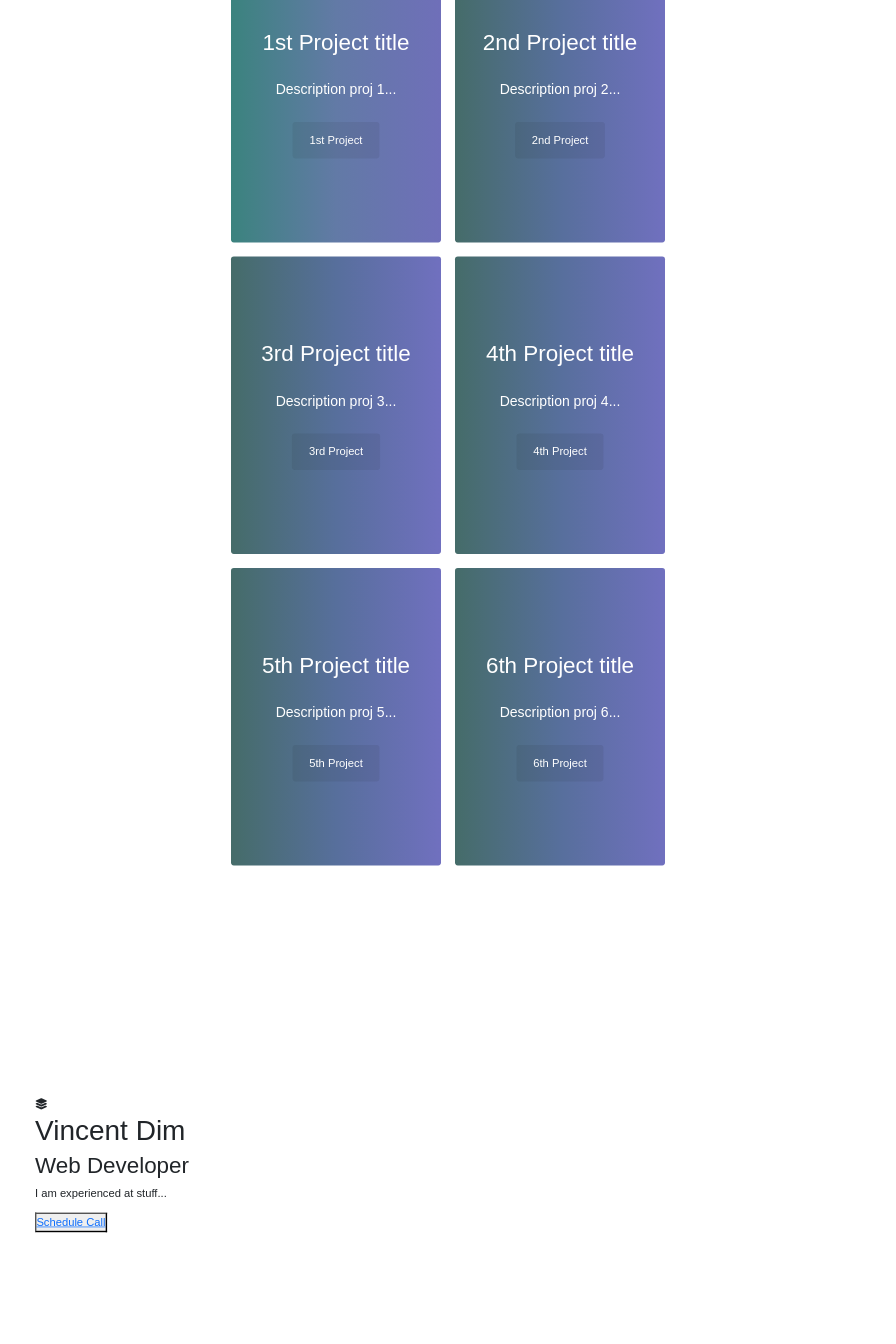
Repository: dvynchi/profile-2022
Page: index.html
These files come from the project's save history. The page is drawn as it stood at one moment and after the next save; the edit follows.
The browser window is 1280 px wide. The pictures show the part of the page from y = 1316 to 3236 px (the page is 3236 px tall before and 3212 px after), at 70% of full size.
A picture or video elsewhere on the page could not be fetched, so the positions and the page height are approximate. Some web libraries are served in a nearby version.

Above is the page before, as saved 2022-08-15 12:58:03.

### index.html
<!DOCTYPE html>
<html lang="en">
<head>
    <meta charset="UTF-8">
    <meta http-equiv="X-UA-Compatible" content="IE=edge">
    <meta name="viewport" content="width=device-width, initial-scale=1.0">
    <title>Vincent Dim</title>
    <!-- embed remote icon library -->
    <script src="https://kit.fontawesome.com/f634dfbd28.js" crossorigin="anonymous"></script>
    <link rel="stylesheet" href="styles.css">
    <!-- embed remote style sheet - bootstrap -->
    <link rel="stylesheet" href="https://cdn.jsdelivr.net/npm/bootstrap@5.2.0/dist/css/bootstrap.min.css" rel="stylesheet" integrity="sha384-gH2yIJqKdNHPEq0n4Mqa/HGKIhSkIHeL5AyhkYV8i59U5AR6csBvApHHNl/vI1Bx" crossorigin="anonymous">
</head>

<body>

    <!-- Navbar Section -->

    <nav class="navbar">
        <div class="navbar_container">
            <a href="#about" id="navbar_logo"><i class="fa fa-home fa" aria-hidden="true"></i></a>  <!--<a> is used to create hyperlink named color-->

            <!--create hamburger menu (3 bars)-->

            <div class="navbar_toggle" id="mobile-menu">
                <span class="bar"></span>
                <span class="bar"></span>
                <span class="bar"></span>
            </div>

            <!--CREATE NAV MENU-->

            <ul class="navbar_menu">
                <!-- <li class="navbar_item">
                    <a href="#home" class="navbar_links" id="home-page">Home</a>
                </li> -->

                <li class="navbar_item">
                    <a href="#about" class="navbar_links" id="about-page">About</a>
                </li>

                <li class="navbar_item">
                    <a href="#projects" class="navbar_links" id="projects-page">Projects</a>
                </li>

                <li class="navbar_item">
                    <a href="#contact" class="navbar_links" id="contact-page">Contact Me</a>
                </li>

            </ul>
        </div>
    </nav>

    <!-- ABOUT SECTION -->
    <div class="main" id="about">
        <div class="main_container">
             <!-- SIDE BAR SECTION -->
             <div class="row">
                <div class="col-md-4 mt-1">
                    <div class="card text-center sidebar">
                        <div class="card-body">
                            <img src="vincent-image.jpg" class="rounded-circle" width="150" alt="profile picture here">
                            <div class="mt-3"><h3>Vincent Dim</h3></div>
                        </div>
                    </div>
                </div>

                <div class="col-md-8 mt-1">
                    <div class="card mb-3 content">
                        <h1 class="m-3 pt-3">About</h1>
                        <div class="card-body">
                            <div class="row">
                                <div class="col-md-3"><h5>Name</h5></div>
                                <div class="col-md-9 text-secondary"> Vincent Dim </div>
                            </div>
                            <hr> <!-- line break -->

                            <div class="row">
                                <div class="col-md-3"><h5>Email</h5></div>
                                <div class="col-md-9 text-secondary"> dvynchi@gmail.com</div>
                            </div>
                            <hr> <!-- line break -->

                            <div class="row">
                                <div class="col-md-3"><h5>Phone</h5></div>
                                <div class="col-md-9 text-secondary">647 704 2657</div>
                            </div>
                            <hr> <!-- line break -->

                            <div class="row">
                                <div class="col-md-3"><h5>Address</h5></div>
                                <div class="col-md-9 text-secondary">118 Vaughan Street, Guelph, ON</div>
                            </div>
                        </div>
                    </div>

                    <div class="card mb-3 content">
                        <h1 class="m-3">Portfolio</h1>
                        <div class="card-body">
                            <div class="row">
                                <div class="col-md-3">
                                    <h5>Current Portfolio</h5>
                                </div>
                                <div class="col-md-9 text-secondary">Link</div>
                            </div>
                        </div>
                    </div>
                </div>
            </div>
        </div>
    </div>

    <!-- PROJECTS SECTION (use image tag in place of p to insert an image)-->

    <div class="projects" id="projects">
        <h1>My Projects</h1>
        <div class="projects_wrapper">
            <div class="projects_card">
                <h2>1st Project title</h2>
                <p>Description proj 1...</p>
                <div class="projects_btn"><button>1st Project</button></div>
            </div>
            <!-- ------------------------- -->
            <div class="projects_card">
                <h2>2nd Project title</h2>
                <p>Description proj 2...</p>
                <div class="projects_btn"><button>2nd Project</button></div>
            </div>
            <!-- ------------------------- -->
            <div class="projects_card">
                <h2>3rd Project title</h2>
                <p>Description proj 3...</p>
                <div class="projects_btn"><button>3rd Project</button></div>
            </div>
            <!-- ------------------------- -->
            <div class="projects_card">
                <h2>4th Project title</h2>
                <p>Description proj 4...</p>
                <div class="projects_btn"><button>4th Project</button></div>
            </div>
            <!-- ------------------------- -->
            <div class="projects_card">
                <h2>5th Project title</h2>
                <p>Description proj 5...</p>
                <div class="projects_btn"><button>5th Project</button></div>
            </div>
            <!-- ------------------------- -->
            <div class="projects_card">
                <h2>6th Project title</h2>
                <p>Description proj 6...</p>
                <div class="projects_btn"><button>6th Project</button></div>
            </div>
        </div>
    </div>

    <!-- CONTACT SECTION (use image tag in place of p to insert an image)-->

    <div class="main" id="contact">
        <div class="main_container">
            <div class="main_img--container">
                <div class="main_img--card"><i class="fas fa-layer-group"></i></div>
            </div>
            <div class="main_content">
                <h1>Vincent Dim</h1>
                <h2>Web Developer</h2>
                <p>I am experienced at stuff...</p>
                <button class="main_btn"><a href="#">Schedule Call</a></button>
            </div>
        </div>
    </div>


    <!-- link app.js -->
    <!-- script tag is used to embed javascript-->
    <script src="app.js"></script>
</body>
</html>

### styles.css
* {
    box-sizing: border-box;
    margin: 0;
    padding: 0;
    font-family: 'Kumbh Sans', sans-serif;
    scroll-behavior: smooth;
}


/******************************************* NAVBAR SECTION ***********************************************/
.navbar {
    background: #131313;   /* Hex code */
    height: 80px;
    display: flex;
    justify-content: center;
    align-items: center;
    font-size: 1.4rem;        /* 1.4 x 16px */
    position: sticky;
    top: 0;
    z-index: 999;             /* so navbar is always on top when scrolling - prevents buttons from covering it*/
}

.navbar_container {
    display: flex;
    justify-content: space-between;
    text-align: center;
    height: 80px;
    z-index: 1;
    width: 100%;
    max-width: 1300px;
    margin: 0 auto ;           /* (top and bottom) (left and right) */
    padding: 0 50px;
}


/* id(#) is used to style only one element on the webpage */
/* class(.) is used to style multiple elements */


/* I added a logo as opposed to text */

#navbar_logo {
    margin: 10px;
    height: 60px;
    width: 60px;
    border-radius: 2px;
    display: flex;
    flex-direction: column;
    justify-content: center;
    color: #fff;
    background-image: linear-gradient(to right, #03324e 0%, #0e2d3e 100%);
}

.navbar_menu {
    display: flex;
    align-items: center;
    list-style: none;
}

.navbar_item {
    height: 80px;
}

.navbar_links {
    color: #fff;
    display: flex;
    align-items: center;
    justify-content: center;
    width: 125px;
    text-decoration: none;
    height: 100%;
    transition: all 0.3s ease;
}

/* button properties (if any)*/
.navbar_btn {
    display: flex;
    justify-content: center;
    align-items: center;
    padding: 0 1rem;
    width: 100%;
}

/* create color gradient for button --see uigradients.com */
.button {
    display: flex;
    justify-content: center;
    align-items: center;
    text-decoration: none;
    padding: 10px 20px;
    height: 100%;
    width: 100%;
    border: none;
    outline: none;
    border-radius: 4px;
    background: #833ab4;
    background: -webkit-linear-gradient(to right, #fcb045,#fd1d1d,#833ab4);
    background: linear-gradient(to right, #fcb045,#fd1d1d,#833ab4);
    color: #fff;
    transition: all 0.3s ease;
}

/* nav links glow upon hover */

.navbar_links:hover {
    color:#9518fc;
    transition: all 0.3s ease;
}

/* RESPONSIVENESS */
/* site adjusts width of display */
/* If [device width] is less than or equal to max-width do {..} */

@media screen and (max-width: 960px) {
    .navbar_container {
        display: flex;
        justify-content: space-between;
        height: 80px;
        z-index: 1;
        width: 100%;
        max-width: 1300px;
        padding: 0;
    }

    /* DROPDOWN PROPERTIES */
    .navbar_menu {
        display: grid;
        grid-template-columns: auto;
        margin: 0;
        width: 100%;
        position: absolute;
        top: -1000px;               /* Prevents navbar from clustering together if page is below max-width. Must be used with position absolute */
        opacity: 1;
        transition: all 0.5s ease;
        z-index: -1;
    }

    .navbar_menu.active {
        background: #131313;
        top: 100%;
        opacity: 1;
        transition: all 0.5s ease;
        z-index: 99;
        height: 40vh;
        font-size: 1.6rem;
    }

    #navbar_logo {
        padding-left: 1px;       /* original padding was 25px */
    }

    /* HAMBURGER SECTION */

    .navbar_toggle .bar {
        width: 25px;
        height: 3px;
        margin: 5px auto;
        transition: all 0.3s ease-in-out;
        background: #fff;
    }

    .navbar_item {
        width: 100%;
    }
     .navbar_links {
        text-align: center;
        padding: 2rem;
        width: 100%;
        display: table;
    }

    .navbar_btn  {
        padding-bottom: 2rem;
    }

    .button
    {
        display: flex;
        justify-content: center;
        align-items: center;
        width: 80%;
        height: 80px;
        margin: 0;
    }

    /* HAMBURGER */

    #mobile-menu
    {
        position: absolute;
        top: 20%;
        right: 5%;
        transform: translate(5%, 20%);
    }

    .navbar_toggle .bar
    {
        display: block;
        cursor: pointer;
    }

    /* hamburger menu animation (see app.js) */
    /* hamburger menu id was defined as 'mobile-menu' in index.html */
    /* rotate bars 1,3; but hide bar 2 */

    #mobile-menu.is-active .bar:nth-child(2)
    {
        opacity: 0;
    }
    #mobile-menu.is-active .bar:nth-child(1)
    {
        transform: translateY(8px) rotate(45deg);
    }
    #mobile-menu.is-active .bar:nth-child(3)
    {
        transform: translateY(-8px) rotate(-45deg);
    }

}


/* SCROLL ATTRIBUTE */
.highlight {
    border-bottom: 4px solid rgb(132, 0, 255);
}

/******************************************* ABOUT SECTION ***********************************************/

.main
{
    background-color:  white;
    padding: 10rem 0;
}

.main_container
{
    display: grid;
    grid-template-columns: 1fr;      /*original was 1fr 1fr - split into two halves but not enough space */
    align-items: center;
    justify-content: center;
    margin: 0 auto;
    height: 90%;
    z-index: 1;
    width: 100%;
    max-width: 1300px;
    padding: 0 50px;
}








/* Mobile Responsiveness for About Section */

@media screen and (max-width: 1100px)
{
    main_container
    {
        display: grid;
        grid-template-columns: 1fr;
        align-items: center;
        justify-content: center;
        width: 100%;
        margin: 0 auto;
        height: 90%;
    }

    /* .main_img--container
    {
        display: flex;
        justify-content: center;
    }

    .main_img--card
    {
        height: 425px;
        width: 425px;
    } */

    .main_content
    {
        text-align:center;
        margin-bottom: 4rem;
    }

    .main_content h1
    {
        font-size: 2.5rem;
        margin-top: 2rem;
    }

    .main_content h2
    {
        font-size: 2.5rem;
    }

    .main_content p
    {
        font-size: 1rem;
        margin-top: 1.5rem;
    }
}


/******************************************* PROJECTS SECTION ***********************************************/

.projects {
    background: white;
    display: flex;
    flex-direction: column;
    justify-content: center;
    align-items: center;
    height: 100%;
    padding: 10rem 0;
  }

.projects h1 {
    background-color: #6207c4;
    background-image: linear-gradient(to top, #10234c 0%, #724030 100%);
    background-size: 100%;
    -webkit-background-clip: text;
    -moz-background-clip: text;
    -webkit-text-fill-color: transparent;
    -moz-text-fill-color: transparent;
    margin-bottom: 5rem;
    font-size: 2.5rem;
}

.projects_wrapper {
    display: grid;
    grid-template-columns: 1fr 1fr 1fr;     /* add more per new project */
    grid-template-rows: 1fr;
}

/* Add color to each project card */

.projects_card {
    margin: 10px;
    height: 425px;
    width: 300px;
    border-radius: 4px;
    display: flex;
    flex-direction: column;
    justify-content: center;
    color: #fff;
    background-image: linear-gradient(to right,#3b837e, #627aa6, #6f6fb9);
    transition: 0.3s ease-in;
}

.projects_card:nth-child(2) {
    background: #7F7FD5;  /* fallback for old browsers */
    background: -webkit-linear-gradient(to right, #3b837e, #627aa6, #6f6fb9);  /* Chrome 10-25, Safari 5.1-6 */
    background: linear-gradient(to right, #456c69, #576f9c, #7070bf);
}

.projects_card:nth-child(3) {
    background: #7F7FD5;  /* fallback for old browsers */
    background: -webkit-linear-gradient(to right, #3b837e, #627aa6, #6f6fb9);  /* Chrome 10-25, Safari 5.1-6 */
    background: linear-gradient(to right, #456c69, #576f9c, #7070bf);
}

.projects_card:nth-child(4) {
    background: #7F7FD5;
    background: -webkit-linear-gradient(to right, #3b837e, #627aa6, #6f6fb9);
    background: linear-gradient(to right, #456c69, #576f9c, #7070bf);
}

.projects_card:nth-child(5) {
    background: #7F7FD5;
    background: -webkit-linear-gradient(to right, #3b837e, #627aa6, #6f6fb9);
    background: linear-gradient(to right, #456c69, #576f9c, #7070bf);
}

.projects_card:nth-child(6) {
    background: #7F7FD5;
    background: -webkit-linear-gradient(to right, #3b837e, #627aa6, #6f6fb9);
    background: linear-gradient(to right, #456c69, #576f9c, #7070bf);
}

.projects_card h2 {
    text-align: center;
}

.projects_card p {
    text-align: center;
    margin-top: 24px;
    font-size: 20px;
}

.projects_btn {
    display: flex;
    justify-content: center;
    margin-top: 16px;
}

/* button properties and animation. The entire card is the button */

.projects_card button {
    color: #fff;
    padding: 14px 24px;
    border: none;
    outline: none;
    border-radius: 4px;
    background: #13131313;
    font-size: 1rem;
}

.projects_card button:hover {
    cursor: pointer;
}

.projects_card:hover {
    transform: scale(1.075);
    transition: 0.3s ease-in;
    cursor: pointer;
}

/* split cards into grid at specified browser width */

@media screen and (max-width: 1300px) {
    .projects_wrapper {
        grid-template-columns: 1fr 1fr;
    }
}

@media screen and (max-width: 768px) {
    .projects_wrapper {
        grid-template-columns: 1fr;
    }
}

### app.js
const ham = document.querySelector('#mobile-menu');
const hamLinks = document.querySelector('.navbar_menu');
// const navLogo = document.querySelector('#navbar_logo')

/* display mobile menu using arrow function */
/* toggle the "is-active" class made in css */

const mobileMenu = () =>
{
    ham.classList.toggle('is-active');
    hamLinks.classList.toggle('active');
};

/* Run hamMenu function upon click */
ham.addEventListener('click', mobileMenu);

After the next save:
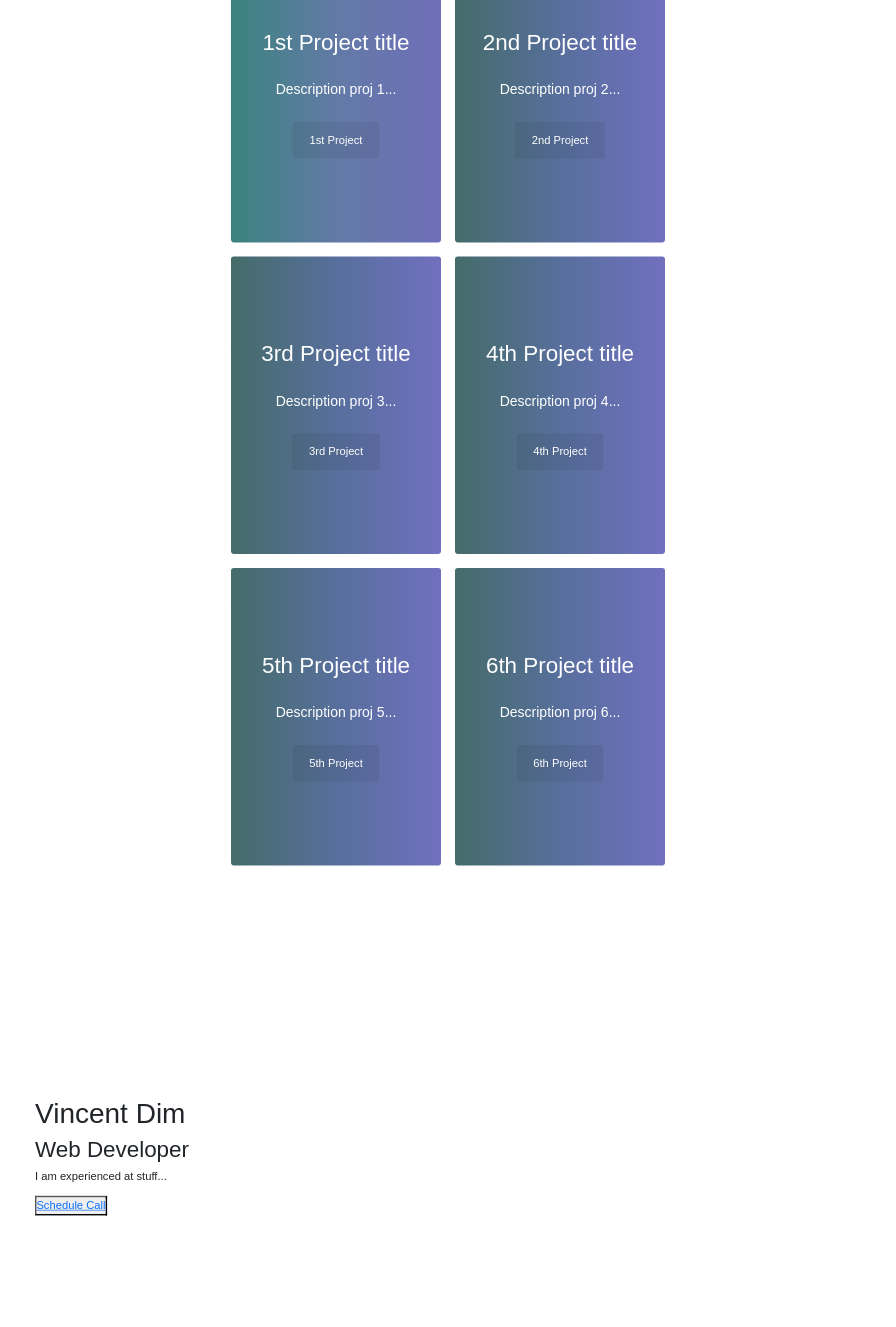
Saved 3 min 24 s later.
--- a/index.html
+++ b/index.html
@@ -157,9 +157,6 @@
 
     <div class="main" id="contact">
         <div class="main_container">
-            <div class="main_img--container">
-                <div class="main_img--card"><i class="fas fa-layer-group"></i></div>
-            </div>
             <div class="main_content">
                 <h1>Vincent Dim</h1>
                 <h2>Web Developer</h2>
